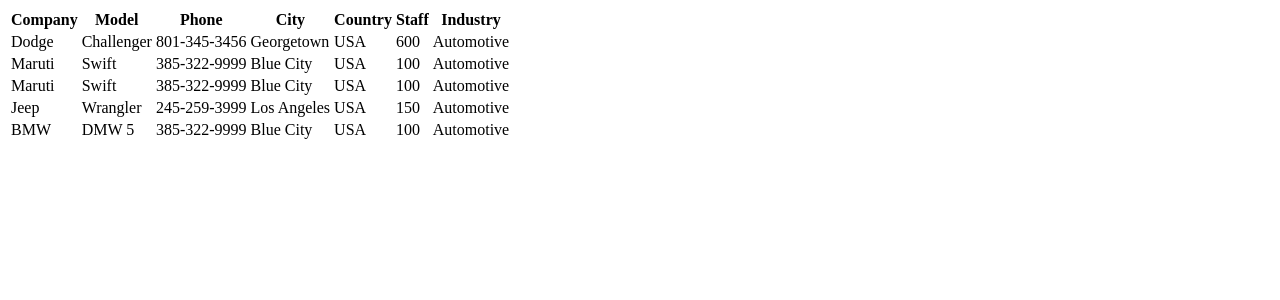
Repository: vgoins-RA2022/HTML-2
Page: index.html
These files come from the project's save history. The page is drawn as it stood at one moment and after a run of saves; the edit follows.
The browser window is 1280 px wide. The pictures show the whole page.

Above is the page before, as saved 2023-01-10 18:50:43.

After the next 4 saves:
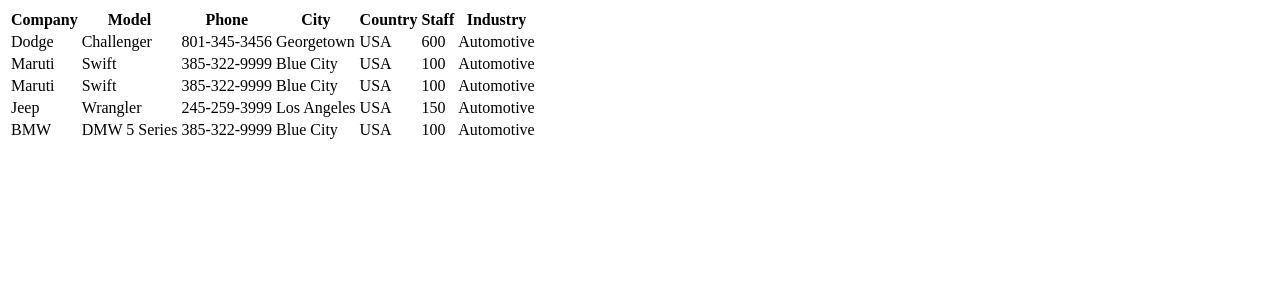
The 4 saves are shown as one change because they came seconds apart.
The last was saved 10 s later.
--- a/index.html
+++ b/index.html
@@ -62,7 +62,7 @@
       </tr>
       <tr>
         <td>BMW</td>
-        <td>DMW 5 </td>
+        <td>DMW 5 Series</td>
         <td>385-322-9999</td>
         <td>Blue City</td>
         <td>USA</td>
